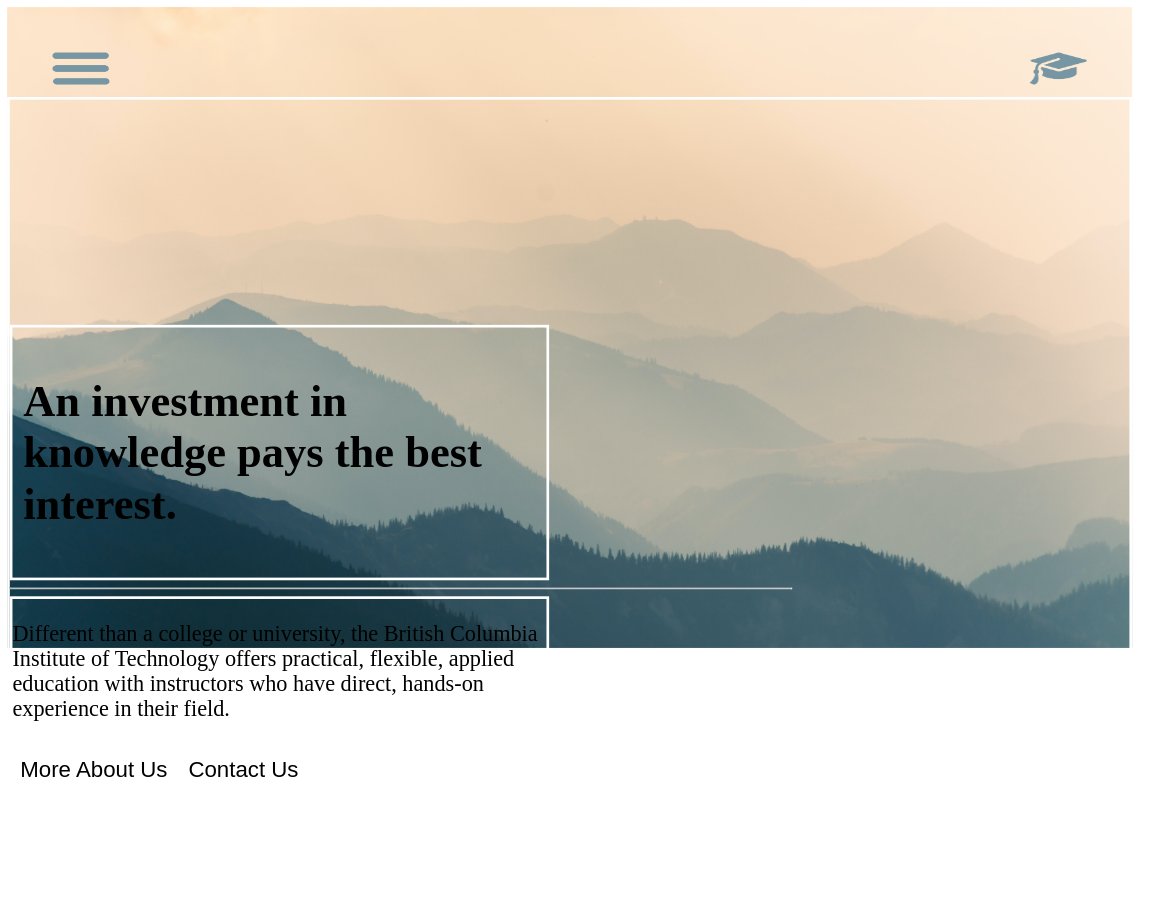
Repository: sierralaurent/MDIA2109-Assignment01
Page: /
These files come from the project's save history. The page is drawn as it stood at one moment and after the next save; the edit follows.
The browser window is 1280 px wide. The page is 1309 px wide, so the pictures cover 1309 px, including what lies to the right of the window. The pictures show the whole page, at 89% of full size.
The project was rebuilt for these pictures with package versions that can differ from the ones it lists, and the page was loaded fresh each time. The framework's server and built-in components were replaced by stand-ins that run in the browser. Also part of the build but not shown: next.config.js.

Above is the page before, as saved 2023-02-05 13:01:19.

After the next save:
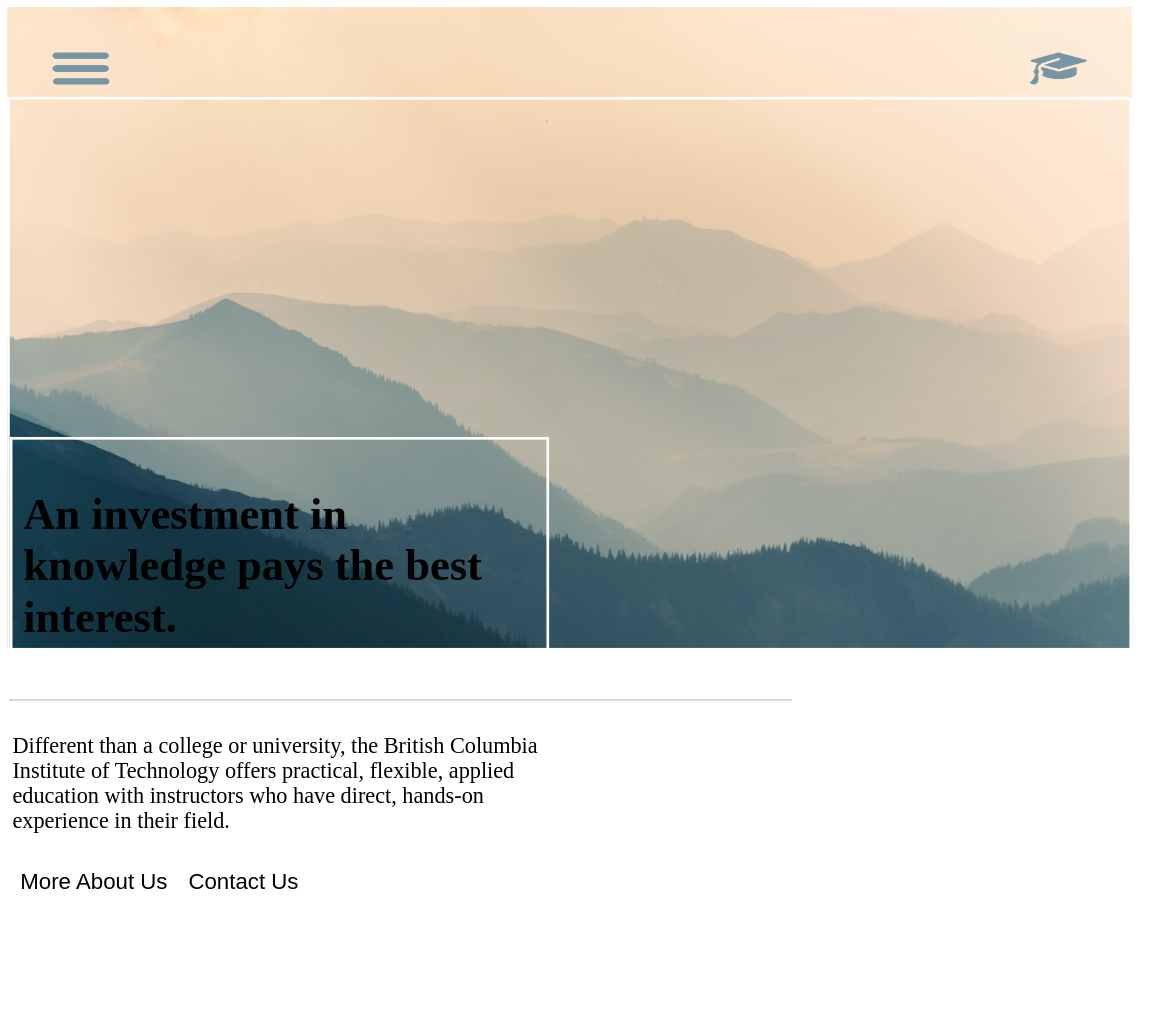
Saved 13 s later.
--- a/styles/Home.module.css
+++ b/styles/Home.module.css
@@ -54,18 +54,13 @@
   flex-direction: row;
 }
 
-.middleintro {
-  border: 3px solid white;
-  padding-top: 40%;
-}
-
 .middle {
   border: 3px solid white;
   display: flex;
   flex-direction: column;
   justify-content: left;
   align-items: left;
-  padding-top: 20%;
+  padding-top: 30%;
   padding-right: 30%;
 }
 
